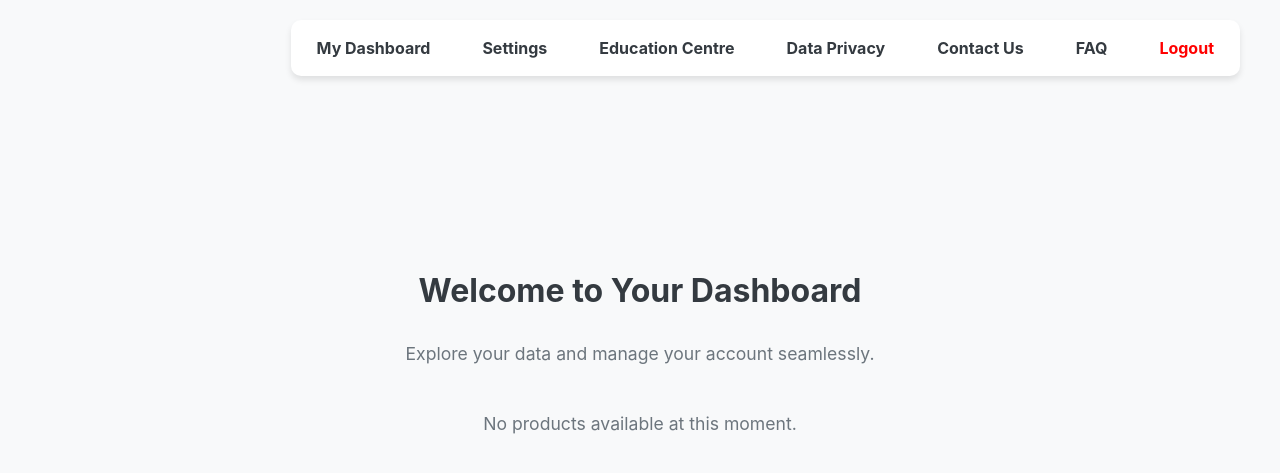
Repository: aab232/https---github.com-aab232-Deferred-Payment-Platform
Page: /main (app in frontend/)
The author's editor kept a copy of each file at every save. The page is drawn from the files as they stood at one save, then again after the next save.
The browser window is 1280 px wide. The pictures show the whole page.
The page's requests for data from a server got no answer. The project was rebuilt for these pictures with package versions that can differ from the ones it lists, and the page was loaded fresh each time. No one was signed in, and anything a server would have sent is missing. Also part of the build but not shown: frontend/src/components/Home.js, frontend/src/components/Form.css, frontend/src/components/Register.js, frontend/src/components/Login.js, frontend/src/components/BackButton.css, frontend/src/components/BackButton.js, frontend/src/components/Settings.js.

Above is the page before, as saved 2025-03-29 16:13:17.

After the next save:
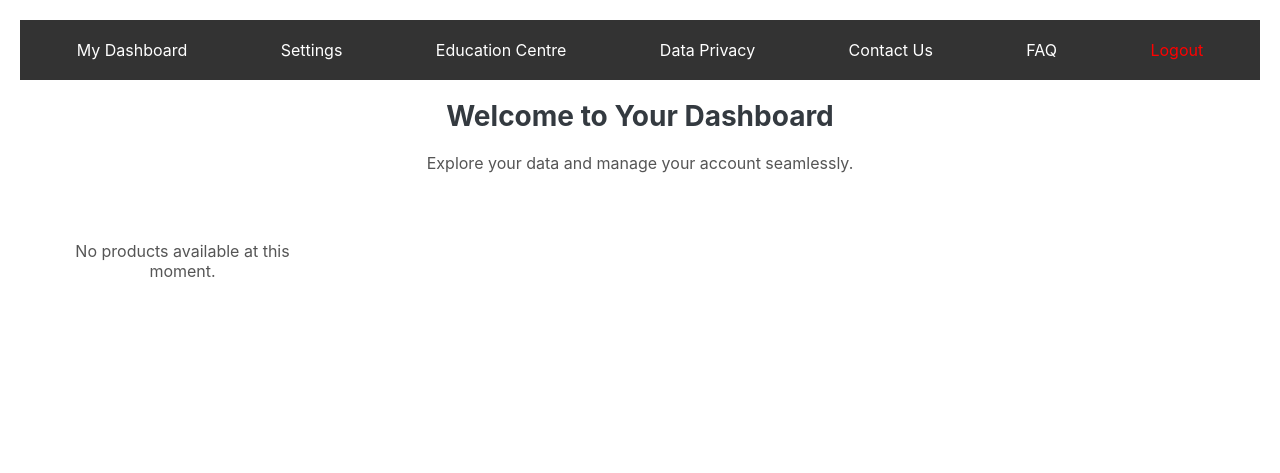
Saved 2 days later.
--- a/frontend/src/components/Main.css
+++ b/frontend/src/components/Main.css
@@ -1,55 +1,63 @@
 .main-container {
-  display: flex;
-  flex-direction: column;
-  align-items: center;
-  justify-content: center;
-  height: 100vh;
-  background: #f8f9fa;
+  text-align: center;
   padding: 20px;
-  box-sizing: border-box;
 }
 
 .taskbar {
-  position: absolute;
-  top: 20px;
-  right: 40px;
   display: flex;
-  gap: 20px;
-  background: #ffffff;
-  border-radius: 10px;
+  justify-content: space-around;
+  background-color: #333;
   padding: 10px;
-  box-shadow: 0px 4px 6px rgba(0, 0, 0, 0.1);
 }
 
 .tab {
+  color: white;
   cursor: pointer;
-  padding: 8px 16px;
-  border-radius: 8px;
-  transition: background 0.3s ease, color 0.3s ease;
-  font-weight: bold;
-  color: #343a40;
+  padding: 10px;
 }
 
-.tab:hover {
-  background: #F7D6E0;
-  color: white;
+.tab.logout {
+  color: red;
 }
 
-.logout {
-  color: red;
-  font-weight: bold;
+.filters {
+  margin: 20px;
 }
 
-h1 {
-  font-size: 2rem;
-  color: #343a40;
-  margin-bottom: 20px;
+.filters input,
+.filters select {
+  padding: 10px;
+  margin: 5px;
+  font-size: 16px;
 }
 
-p {
-  color: #6c757d;
-  font-size: 1.1rem;
-  line-height: 1.6;
+.products-container {
+  display: grid;
+  grid-template-columns: repeat(auto-fill, minmax(250px, 1fr));
+  gap: 20px;
+  padding: 20px;
+}
+
+.product-card {
+  border: 1px solid #ddd;
+  padding: 15px;
   text-align: center;
-  margin-top: 10px;
+  box-shadow: 2px 2px 10px rgba(0, 0, 0, 0.1);
 }
+
+.product-card img {
+  width: 100%;
+  height: auto;
+}
+
+.product-card button {
+  background-color: #008cba;
+  color: white;
+  padding: 10px;
+  border: none;
+  cursor: pointer;
+}
+
+.product-card button:hover {
+  background-color: #005f75;
+}
